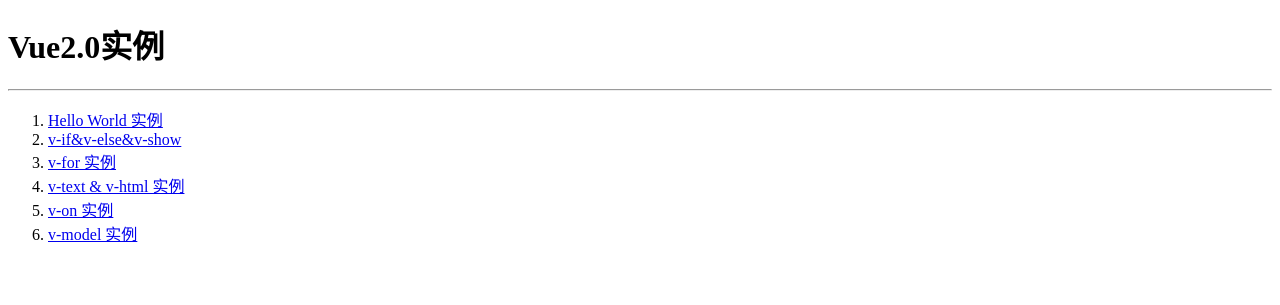
Repository: 13982720426/vue2.0-LearningNotes
Page: index.html
An editor plug-in stored every save of this project. The page is shown before and after the next save, followed by the edit.
The browser window is 1280 px wide. The pictures show the whole page.

Above is the page before, as saved 2021-06-17 21:36:03.

After the next save:
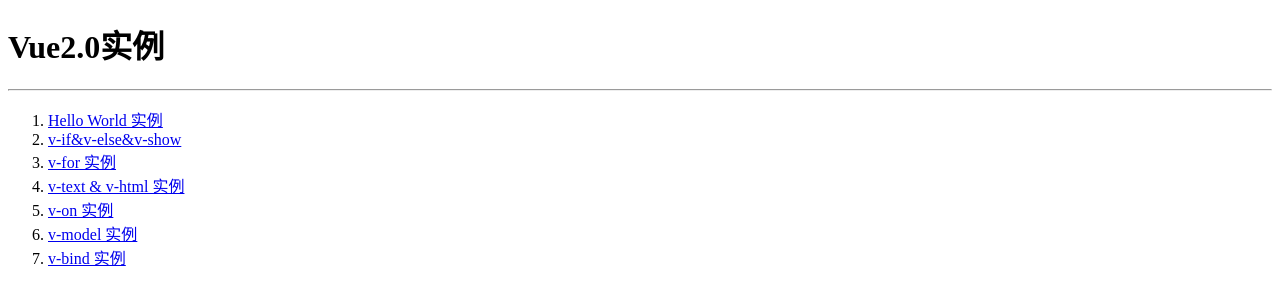
Saved 5 days later.
--- a/index.html
+++ b/index.html
@@ -16,6 +16,7 @@
       <li><a href="./example/v-text.html">v-text & v-html 实例</a></li>
       <li><a href="./example/v-on.html">v-on 实例</a></li>
       <li><a href="./example/v-model.html">v-model 实例</a></li>
+      <li><a href="./example/v-model.html">v-bind 实例</a></li>
     </ol>
   </body>
 </html>
